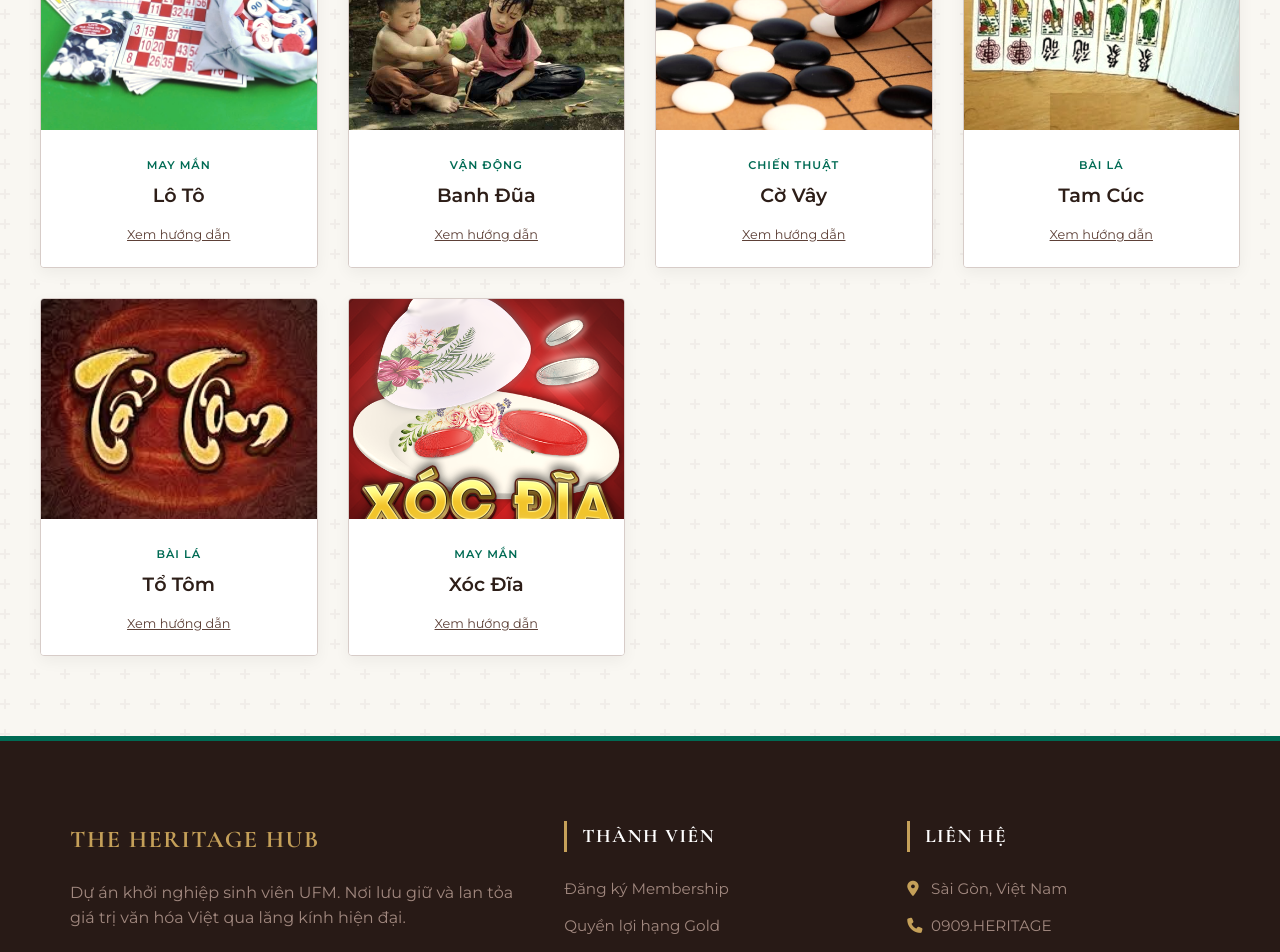
Repository: Lukas952003/Project-The-Heritage-Hub-Coffee-Marketing
Page: games.html
An editor plug-in stored every save of this project. The page is shown before and after the next save, followed by the edit.
The browser window is 1280 px wide. The pictures show the part of the page from y = 1131 to 2083 px (the page is 2220 px tall).
Backgrounds fixed to the window are drawn as part of the page.

Above is the page before, as saved 2025-12-28 21:45:40.

After the next save:
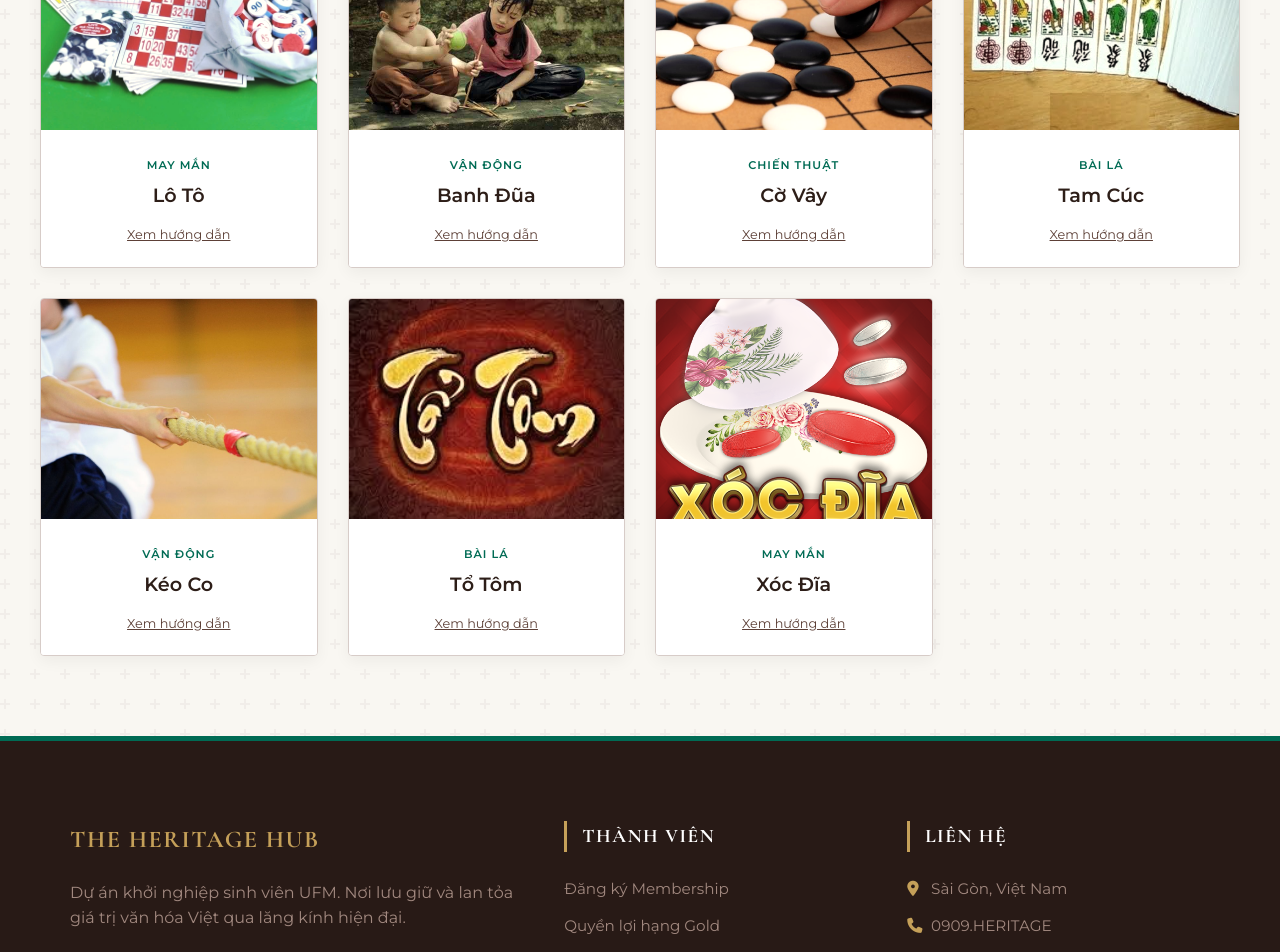
Saved 101 s later.
--- a/games.html
+++ b/games.html
@@ -662,6 +662,22 @@
           </div>
         </div>
 
+        <div
+          class="game-card"
+          data-cat="van-dong"
+          onclick="openModal(this)"
+          data-title="Kéo Co"
+          data-img="./img/game-keo-co.jpg"
+          data-desc="Trò chơi dân gian mang tính tập thể cao, thường xuất hiện trong lễ hội làng. Đề cao tinh thần đoàn kết và sức mạnh cộng đồng."
+        >
+          <img src="./img/game-keo-co.jpg" class="game-thumb" />
+          <div class="game-info">
+            <span class="game-tag">Vận Động</span>
+            <div class="game-title">Kéo Co</div>
+            <span class="btn-play">Xem hướng dẫn</span>
+          </div>
+        </div>
+
         <div class="game-card" data-cat="bai-la">
           <img src="./img/game-to-tom.jpg" class="game-thumb" />
           <div class="game-info">
